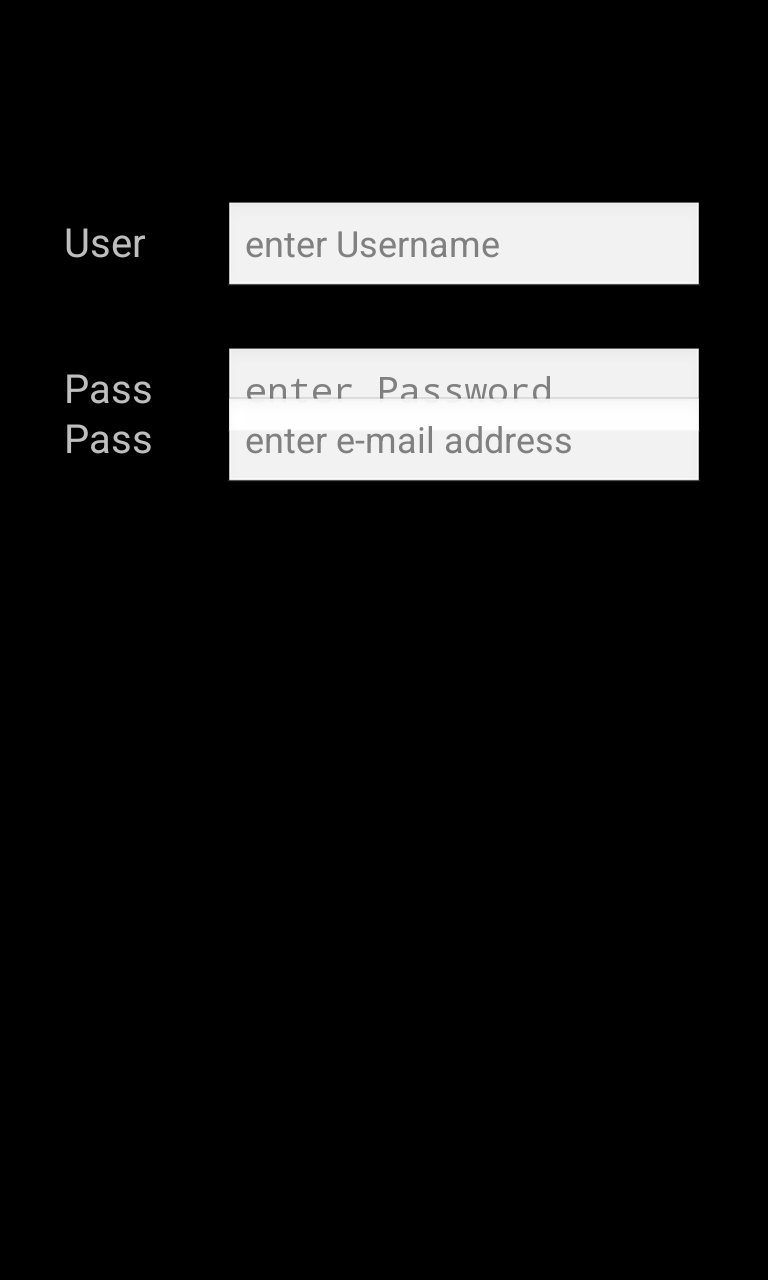
Repository: frebblegameteam/FrebbleApp
Layout: Frebble/libs/res/layout/activity_sign_up.xml
An editor plug-in stored every save of this project. The layout is shown before and after the next save, followed by the edit.
It is drawn on a 768 x 1280 px phone screen (xhdpi) without system bars, with theme android:Theme; the app's code is not run.

Above is the layout before, as saved 2014-09-19 08:12:24.

### Frebble/libs/res/layout/activity_sign_up.xml
<RelativeLayout xmlns:android="http://schemas.android.com/apk/res/android"
    xmlns:tools="http://schemas.android.com/tools"
    android:layout_width="match_parent"
    android:layout_height="match_parent"
    android:paddingLeft="@dimen/activity_horizontal_margin"
    android:paddingRight="@dimen/activity_horizontal_margin"
    tools:context="com.hollandhaptics.frebble.SignUpActivity" >

    <LinearLayout
        android:id="@+id/L00"
        android:layout_width="match_parent"
        android:layout_height="wrap_content"
        android:layout_marginTop="100dp"
        android:orientation="horizontal">

        <TextView android:layout_width="0dp"
       		android:layout_weight="1"
        	android:layout_height="wrap_content"
        	android:textSize="20sp"
        	android:text="@string/User"/>

        <EditText android:id="@+id/userField"
    	    android:layout_width="0dp"
        	android:layout_weight="3"
        	android:layout_height="wrap_content"
        	android:hint="@string/userHint"/>
        </LinearLayout>

        <LinearLayout android:id="@+id/L01"
        android:layout_width = "match_parent"
        android:layout_height = "wrap_content"
        android:layout_below="@id/L00"
        android:layout_marginTop="25dp"
        android:orientation="horizontal">

        <TextView android:layout_width="0dp"
            android:layout_weight="1"
        	android:layout_height="wrap_content"
        	android:textSize="20sp"
        	android:text="@string/Password"/>

        <EditText android:id="@+id/passwordField"
            android:inputType="textPassword"
            android:layout_width="0dp"
        	android:layout_weight="3"
        	android:layout_height="wrap_content"
        	android:hint="@string/passwordHint"/>
        </LinearLayout>

        <LinearLayout android:id="@+id/L02"
        android:layout_width = "match_parent"
        android:layout_height = "wrap_content"
        android:layout_below="@id/L00"
        android:layout_marginTop="50dp"
        android:orientation="horizontal">

        <TextView android:layout_width="0dp"
            android:layout_weight="1"
        	android:layout_height="wrap_content"
        	android:textSize="20sp"
        	android:text="@string/Password"/>

        <EditText android:id="@+id/emailField"
            android:inputType="textEmailAddress"
            android:layout_width="0dp"
        	android:layout_weight="3"
        	android:layout_height="wrap_content"
        	android:hint="@string/emailHint"/>

    </LinearLayout>

</RelativeLayout>

### Frebble/libs/res/values/dimens.xml
<resources>

    <!-- Default screen margins, per the Android Design guidelines. -->
    <dimen name="activity_horizontal_margin">32dp</dimen>
    <dimen name="activity_vertical_margin">32dp</dimen>

</resources>

### Frebble/libs/res/values/strings.xml
<?xml version="1.0" encoding="utf-8"?>
<resources>

    <string name="app_name">Frebble</string>
    <string name="action_settings">Settings</string>
    <string name="User">User</string>
    <string name="userHint">enter Username</string>
    <string name="Password">Pass</string>
    <string name="passwordHint">enter Password</string>
    <string name="loginText">Log in</string>
    <string name="noAccount">No account?</string>
    <string name="signupText">Sign up</string>
    <string name="title_activity_sign_up">Sign up</string>
    <string name="emailHint">enter e-mail address</string>

</resources>

Loaded but not shown: Frebble/libs/res/values-w820dp/dimens.xml (common file)

After the next save:
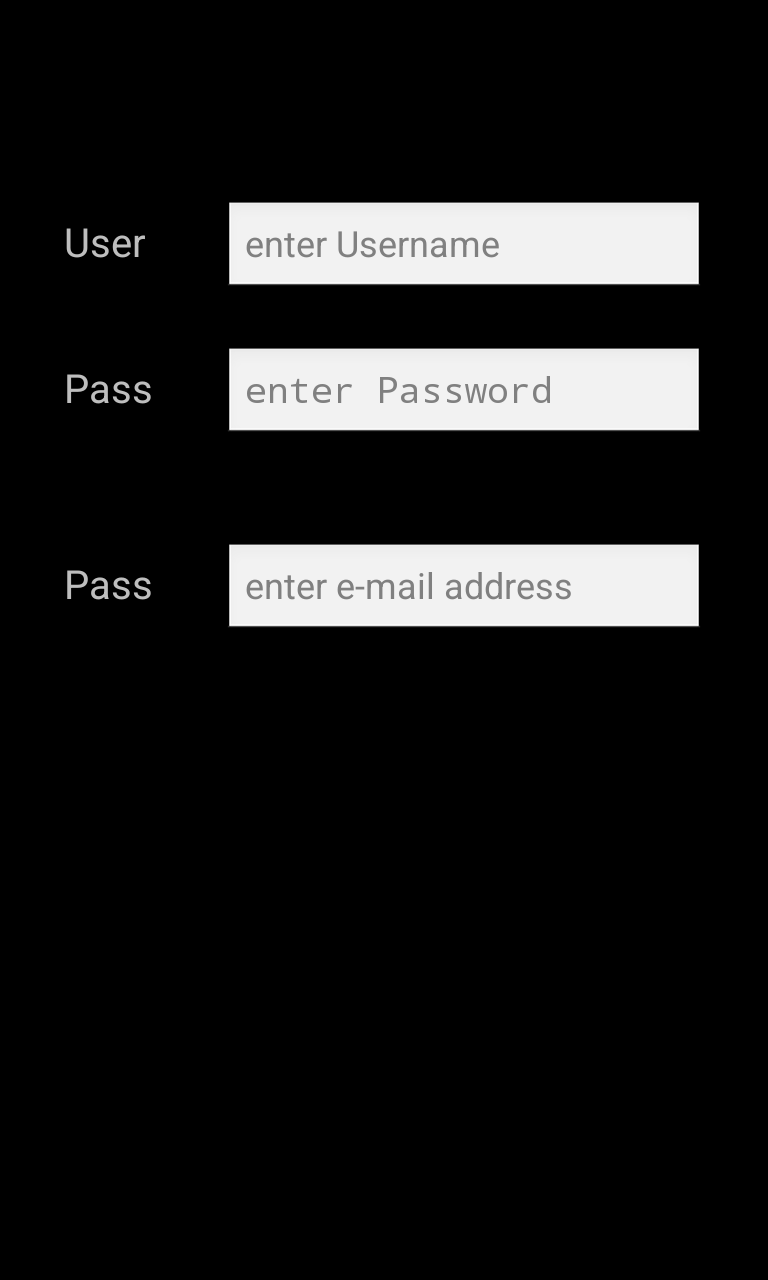
Saved 103 s later.
--- a/Frebble/libs/res/layout/activity_sign_up.xml
+++ b/Frebble/libs/res/layout/activity_sign_up.xml
@@ -27,8 +27,8 @@
         </LinearLayout>
 
         <LinearLayout android:id="@+id/L01"
-        android:layout_width = "match_parent"
-        android:layout_height = "wrap_content"
+        android:layout_width="match_parent"
+        android:layout_height="wrap_content"
         android:layout_below="@id/L00"
         android:layout_marginTop="25dp"
         android:orientation="horizontal">
@@ -48,9 +48,9 @@
         </LinearLayout>
 
         <LinearLayout android:id="@+id/L02"
-        android:layout_width = "match_parent"
-        android:layout_height = "wrap_content"
-        android:layout_below="@id/L00"
+        android:layout_width="match_parent"
+        android:layout_height="wrap_content"
+        android:layout_below="@id/L01"
         android:layout_marginTop="50dp"
         android:orientation="horizontal">
 
